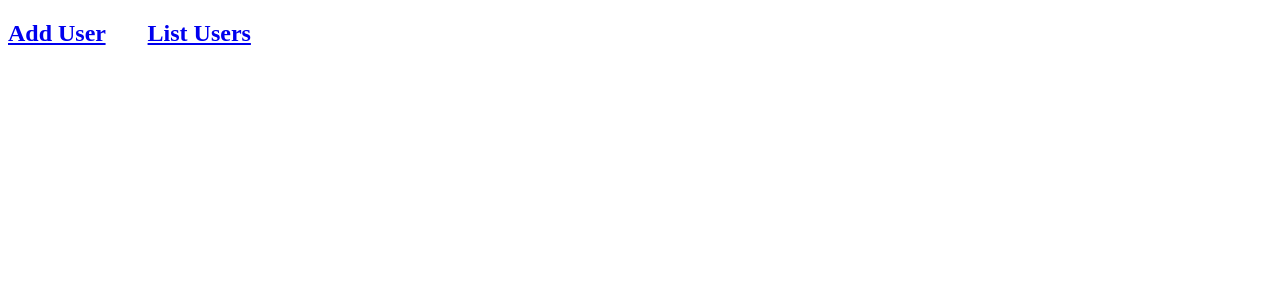
Repository: jeonjin8640/intellij
Page: http://localhost/servlet07/user-form.jsp
An editor plug-in stored every save of this project. The page is shown before and after the next save, followed by the edit.
The browser window is 1280 px wide. The pictures show the whole page.
The page is served by Tomcat 9. Other server files are loaded and not shown.

Above is the page before, as saved 2024-01-10 00:22:30.

### source/servlet07/src/main/webapp/user-form.jsp
<%@ page language="java" contentType="text/html; charset=UTF-8"
    pageEncoding="UTF-8"%>
<%@ taglib prefix="c" uri="http://java.sun.com/jsp/jstl/core" %>

<!DOCTYPE html>
<html>
<head>
<meta charset="UTF-8">
<title>User Management System</title>
</head>
<body>

	<header>
		<h2>
			<a href="new">Add User</a>
			&nbsp;&nbsp;&nbsp;&nbsp;&nbsp;
			<a href="list">List Users</a>
		</h2>
	</header>

</body>
</html>

After the next save:
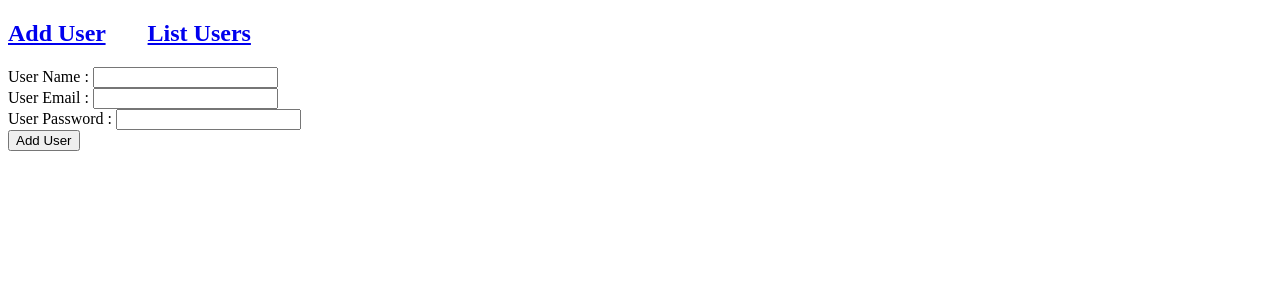
Saved 3 min 33 s later.
--- a/source/servlet07/src/main/webapp/user-form.jsp
+++ b/source/servlet07/src/main/webapp/user-form.jsp
@@ -18,5 +18,17 @@
 		</h2>
 	</header>
 
+	<main>
+		<form method="post" action="insert">
+			<label>User Name : </label>
+			<input type="text" name="username" /><br />
+			<label>User Email : </label>
+			<input type="text" name="email" /><br />
+			<label>User Password : </label>
+			<input type="text" name="passwd" /><br />
+			<input type="submit" value="Add User" />
+		</form>
+	</main>
+
 </body>
 </html>
